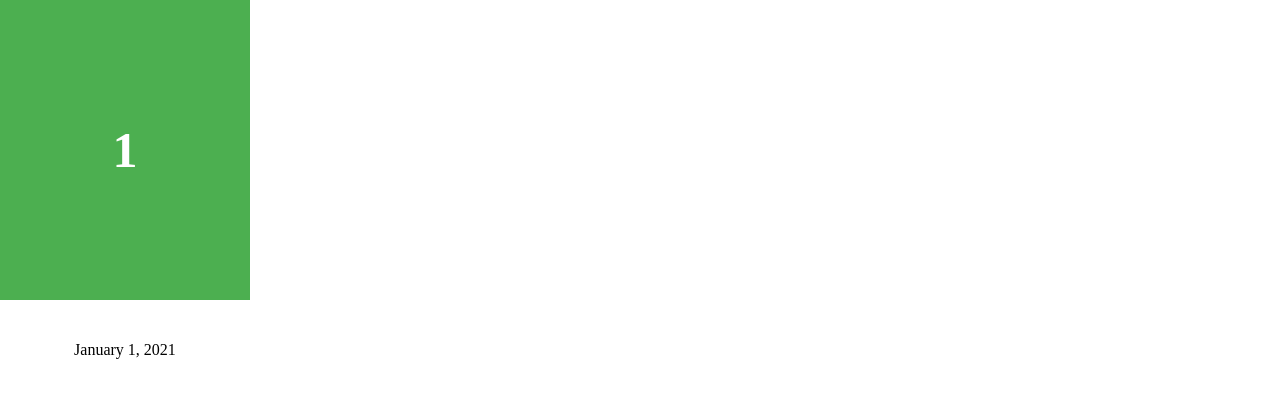
Repository: Tan-Khang21/TH_TKW--Buoi_07
Page: Bai_Tap_Tren_lop/Bai_01/Shadow4.html
An editor plug-in stored every save of this project. The page is shown before and after the next save, followed by the edit.
The browser window is 1280 px wide. The pictures show the whole page.

Above is the page before, as saved 2024-03-12 16:03:21.

After the next save:
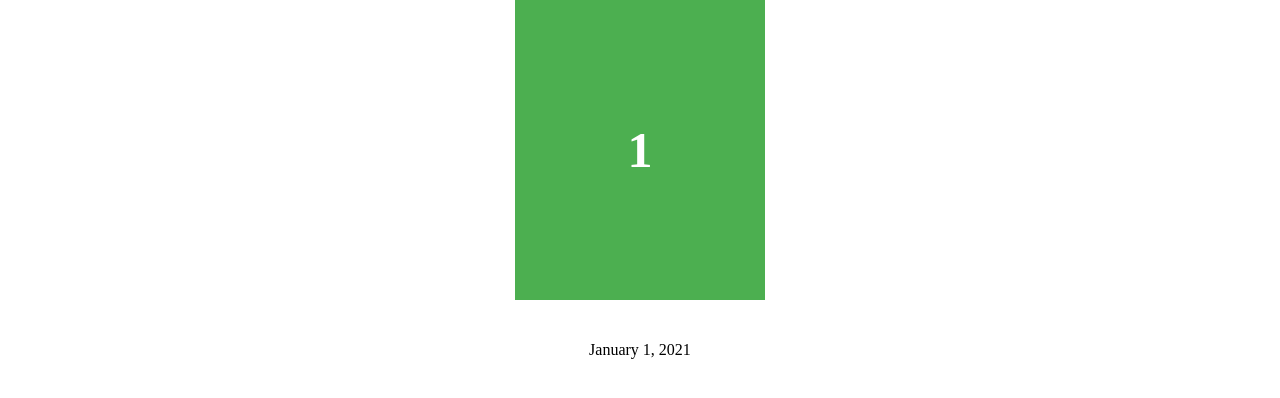
Saved 26 s later.
--- a/Bai_Tap_Tren_lop/Bai_01/style.css
+++ b/Bai_Tap_Tren_lop/Bai_01/style.css
@@ -6,6 +6,7 @@ body {
 }
 .container {
   width: 250px;
+  margin: 0 auto;
 }
 .number {
   width: 100%;
@@ -24,5 +25,4 @@ body {
   display: flex;
   align-items: center;
   justify-content: center;
-  background-color: white;
 }
